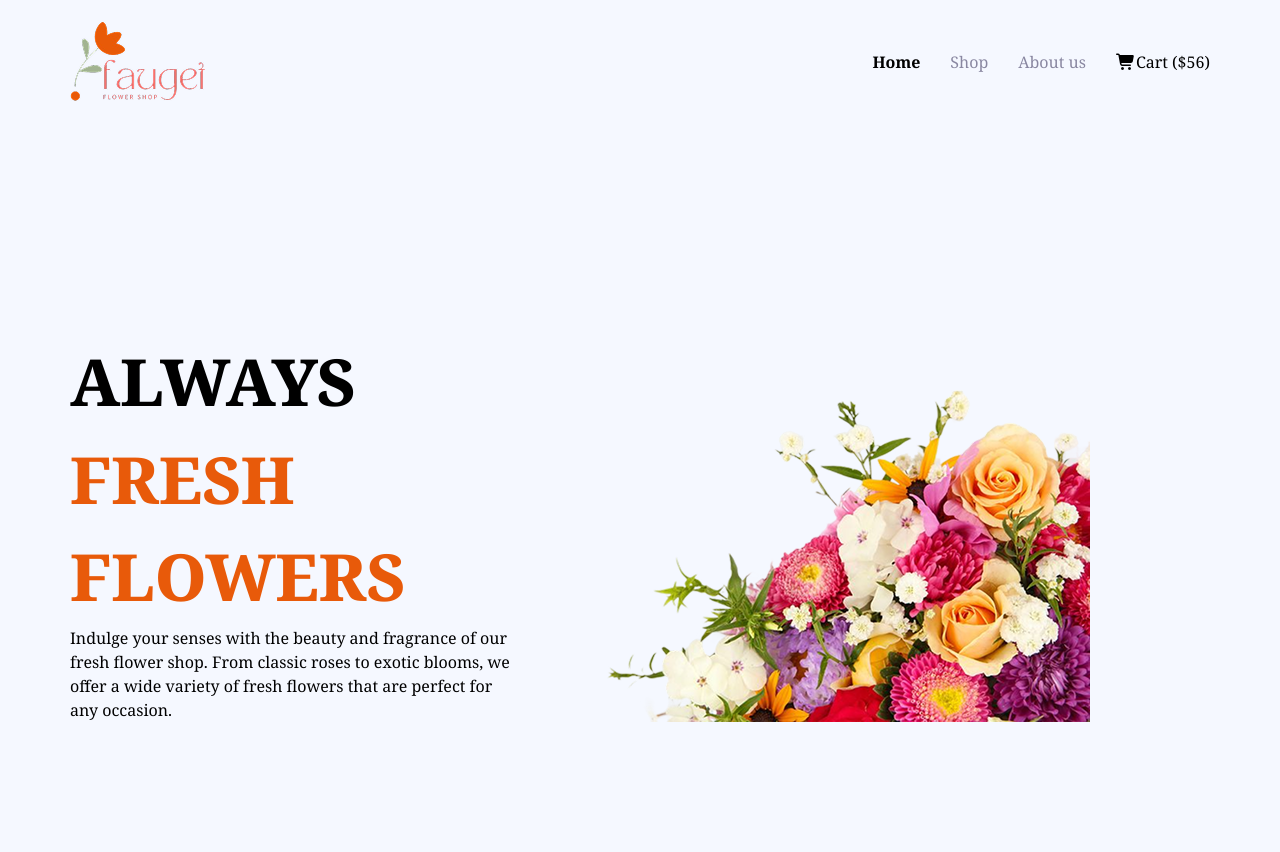
Repository: nahid-hasann/website-7
Page: index.html
These files come from the project's save history. The page is drawn as it stood at one moment and after the next save; the edit follows.
The browser window is 1280 px wide. The pictures show the whole page.
Some web libraries are served in a nearby version.

Above is the page before, as saved 2025-07-23 23:15:52.

After the next save:
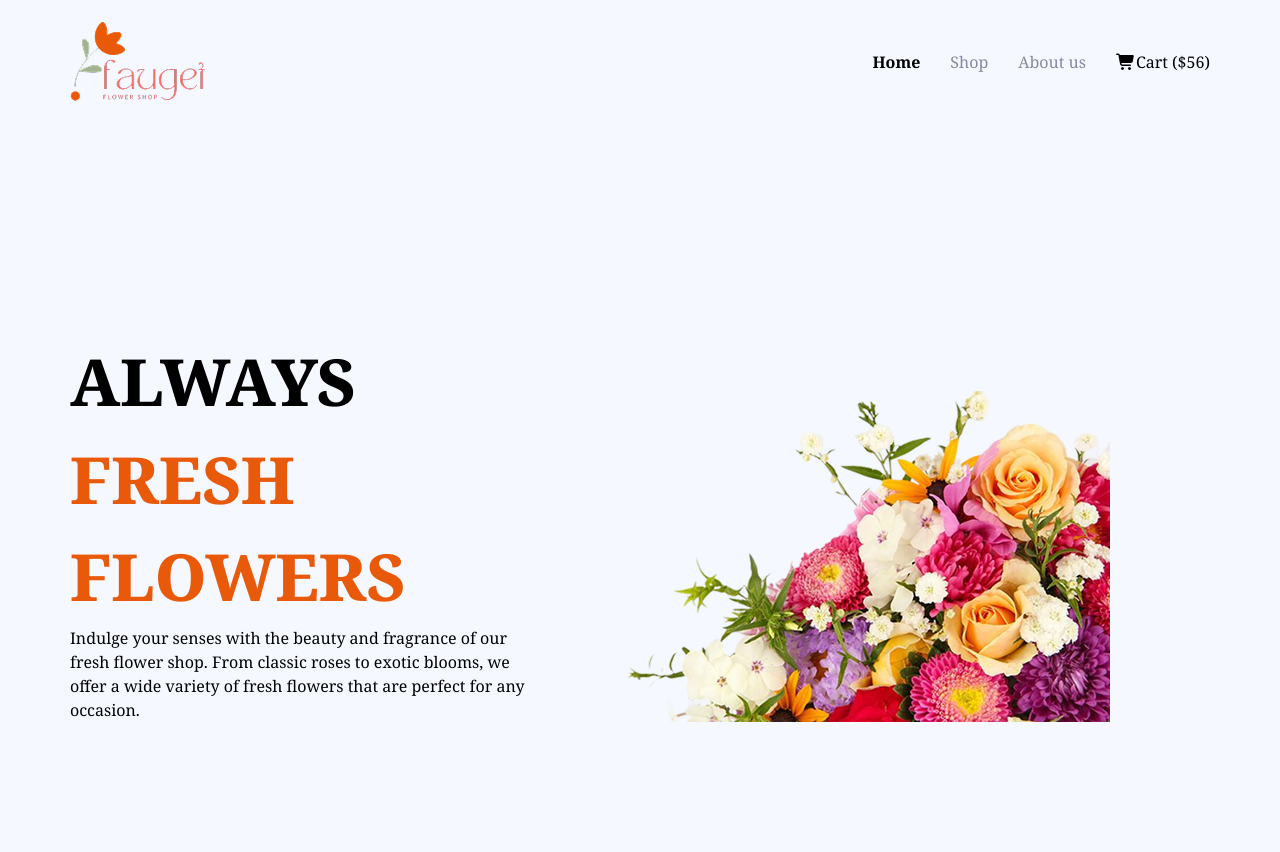
Saved 7 s later.
--- a/style.css
+++ b/style.css
@@ -71,7 +71,7 @@ nav{
 }
 
 .banner-description{
-    max-width: 450px;
+    max-width: 470px;
 }
 
 .banner-description h1{
